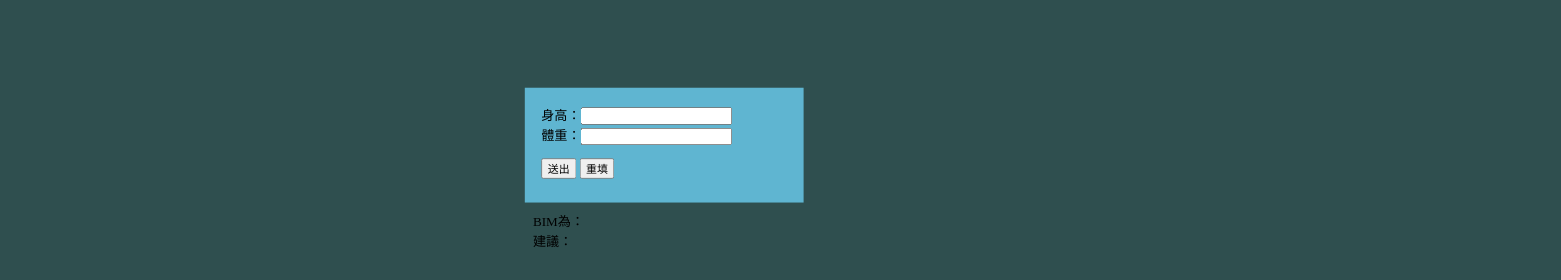
Repository: Digi-Duck/cybercube
Page: 12- 張雅婷/1117-bmi.html
An editor plug-in stored every save of this project. The page is shown before and after the next save, followed by the edit.
The browser window is 1280 px wide. The page is 1904 px wide, then 1525 px, so the pictures cover 1904 px, including what lies to the right of the window. The pictures show the whole page, at 82% of full size.

Above is the page before, as saved 2022-11-24 13:54:19.

After the next save:
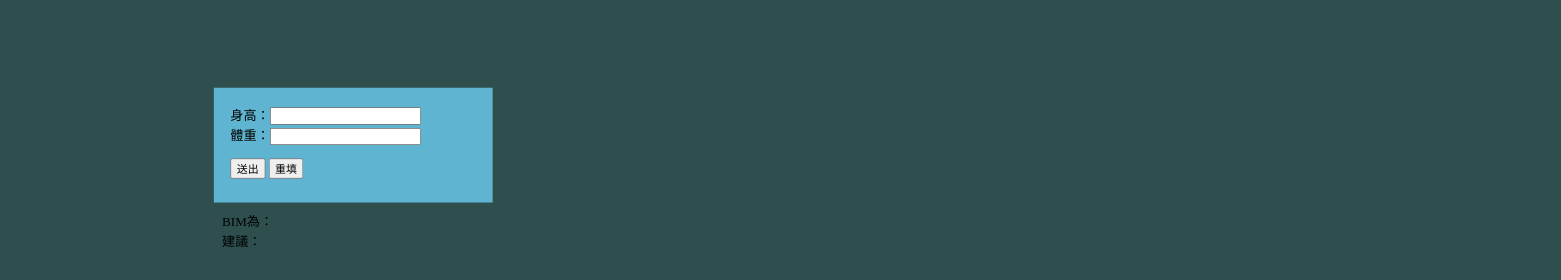
Saved 4 s later.
--- a/12- 張雅婷/bmi.css
+++ b/12- 張雅婷/bmi.css
@@ -15,5 +15,5 @@
 }
 body{
     background-color: darkslategray;
-    transform:translate(50%,50%);
+    transform:translate(20%,50%);
 }
